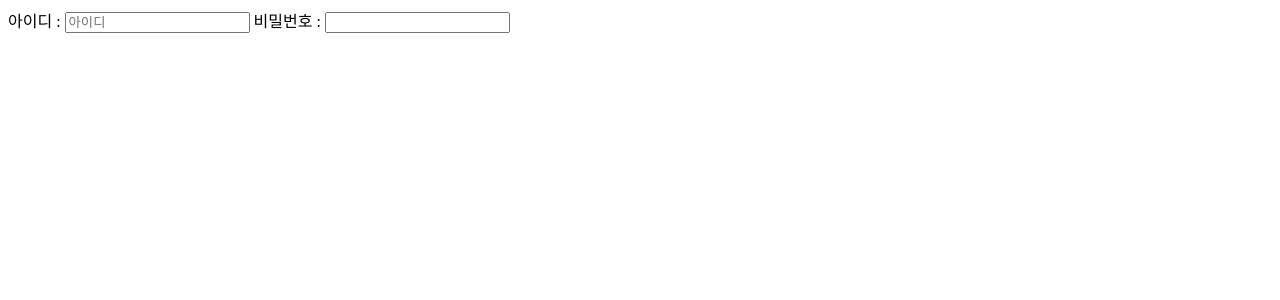
Repository: bbqju13/jsp0602
Page: http://localhost/project4/user/login.jsp
These files come from the project's save history. The page is drawn as it stood at one moment and after the next save; the edit follows.
The browser window is 1280 px wide. The pictures show the whole page.
The page is served by Tomcat 9. Other server files are loaded and not shown.

Above is the page before, as saved 2023-05-30 03:12:56.

### jsp_project4/project4/src/main/webapp/user/login.jsp
<%@ page language="java" contentType="text/html; charset=UTF-8"
    pageEncoding="UTF-8"%>
<!DOCTYPE html>
<html>
<head>
<meta charset="UTF-8">
<title>로그인</title>
</head>
<body>
	<form action="/ucl/login_auth" method="post">
		아이디 : <input type="text" name="id" placeholder="아이디">
		비밀번호 : <input>
	</form>
</body>
</html>

After the next save:
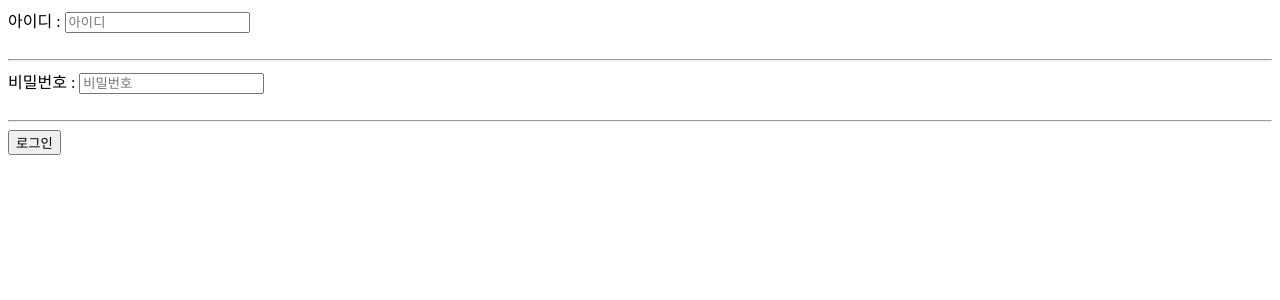
Saved 42 s later.
--- a/jsp_project4/project4/src/main/webapp/user/login.jsp
+++ b/jsp_project4/project4/src/main/webapp/user/login.jsp
@@ -8,8 +8,9 @@
 </head>
 <body>
 	<form action="/ucl/login_auth" method="post">
-		아이디 : <input type="text" name="id" placeholder="아이디">
-		비밀번호 : <input>
+		아이디 : <input type="text" name="id" placeholder="아이디"> <br> <br> <hr>
+		비밀번호 : <input type="text" name="pw" placeholder="비밀번호"> <br> <br> <hr>
+		<button type="submit">로그인</button>
 	</form>
 </body>
 </html>
